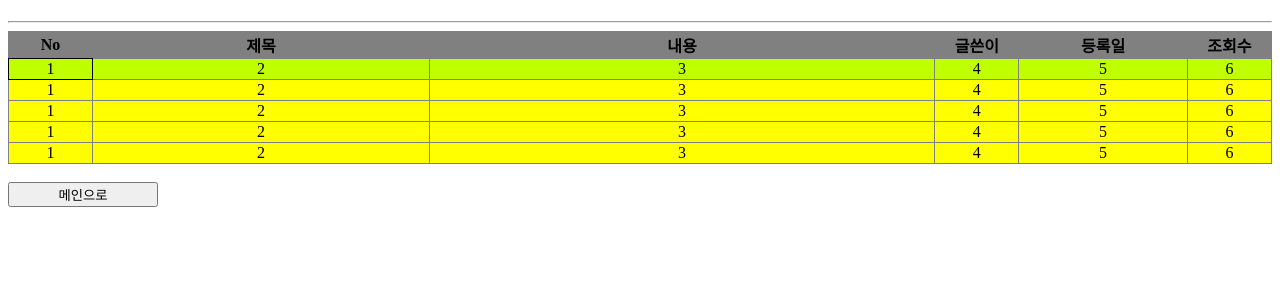
Repository: jeonghyunseok/GMSUI
Page: GMSUI/WebContent/board/board_list.html
An editor plug-in stored every save of this project. The page is shown before and after the next save, followed by the edit.
The browser window is 1280 px wide. The pictures show the whole page.

Above is the page before, as saved 2017-07-19 07:51:46.

After the next save:
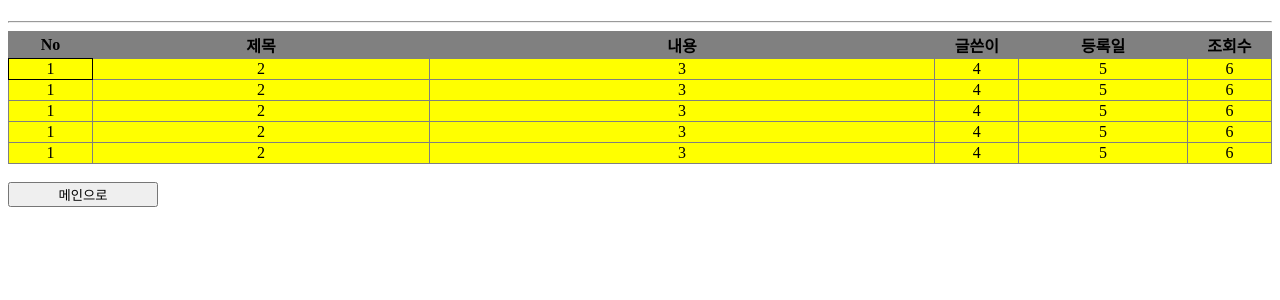
Saved 49 s later.
--- a/GMSUI/WebContent/board/board_list.html
+++ b/GMSUI/WebContent/board/board_list.html
@@ -18,7 +18,7 @@
 		<th style="width: 10%;">등록일</th>
 		<th style="width: 5%;">조회수</th>
 	</tr>
-		<tr style="width:10%;background-color:#bfff00">
+		<tr style="width:10%;background-color:yellow">
 		<td style="border: 1px solid black;">1</td>
 		<td >2</td>
 		<td >3</td>
